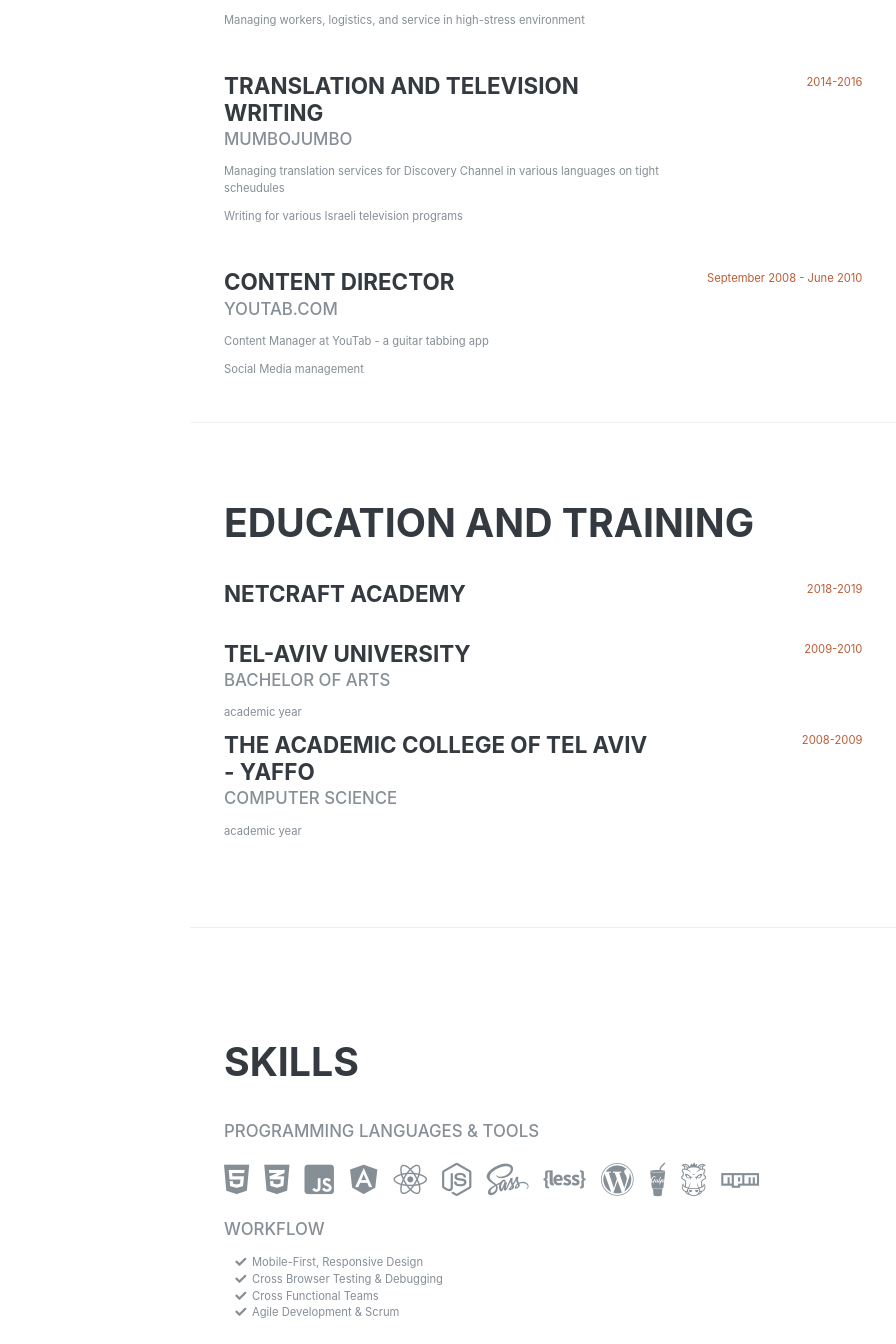
Repository: AlonGur/resume
Page: index.html
The author's editor kept a copy of each file at every save. The page is drawn from the files as they stood at one save, then again after the next save.
The browser window is 1280 px wide. The pictures show the part of the page from y = 958 to 2878 px (the page is 4446 px tall), at 70% of full size.
Some web fonts or font styles are not loaded; a fallback is used.

Above is the page before, as saved 2019-06-07 16:10:28.

After the next save:
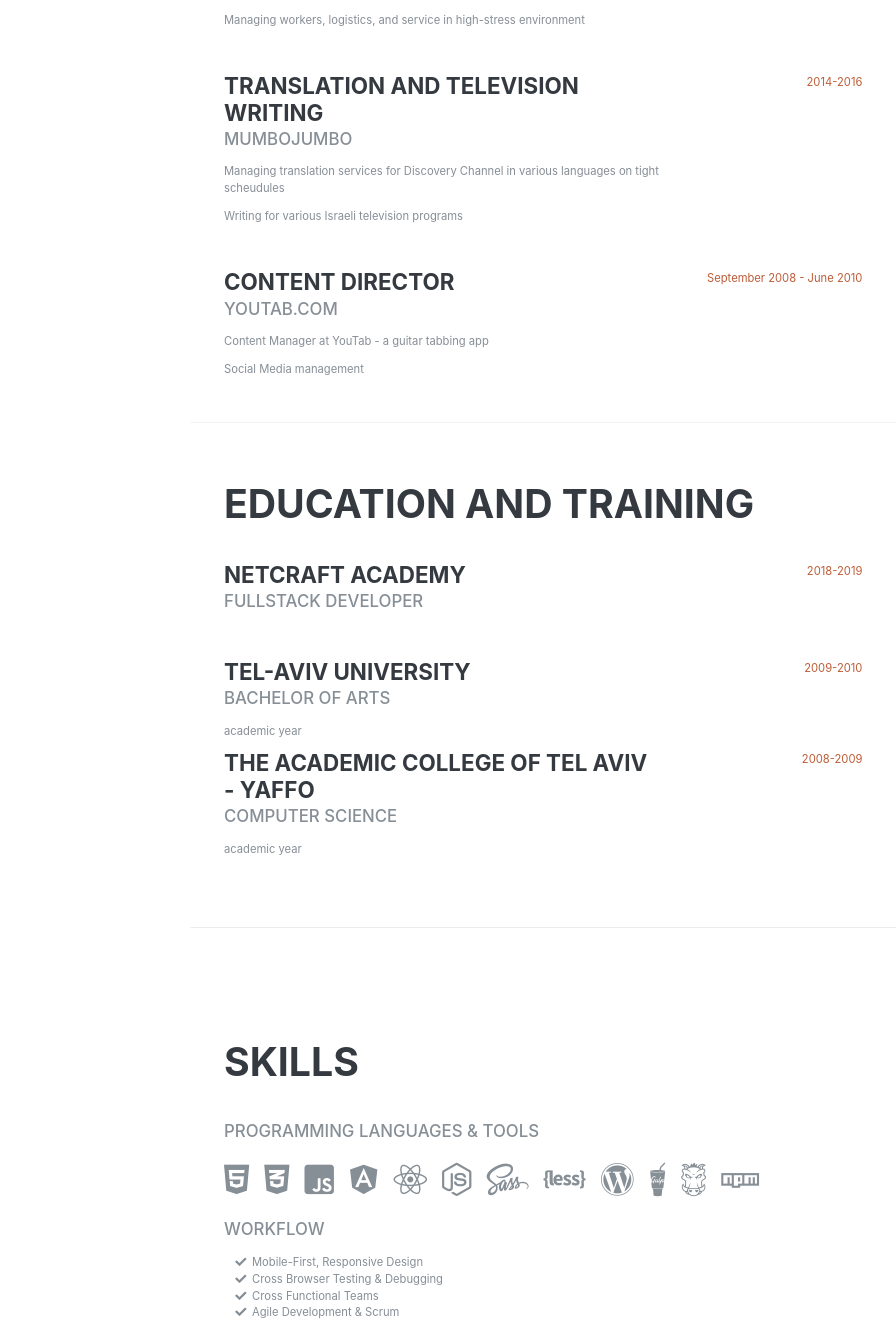
Saved 29 s later.
--- a/index.html
+++ b/index.html
@@ -139,6 +139,7 @@
         <div class="resume-item d-flex flex-column flex-md-row justify-content-between mb-5">
           <div class="resume-content">
             <h3 class="mb-0">Netcraft Academy</h3>
+            <div class="subheading mb-3">Fullstack Developer</div>
 
           </div>
           <div class="resume-date text-md-right">
